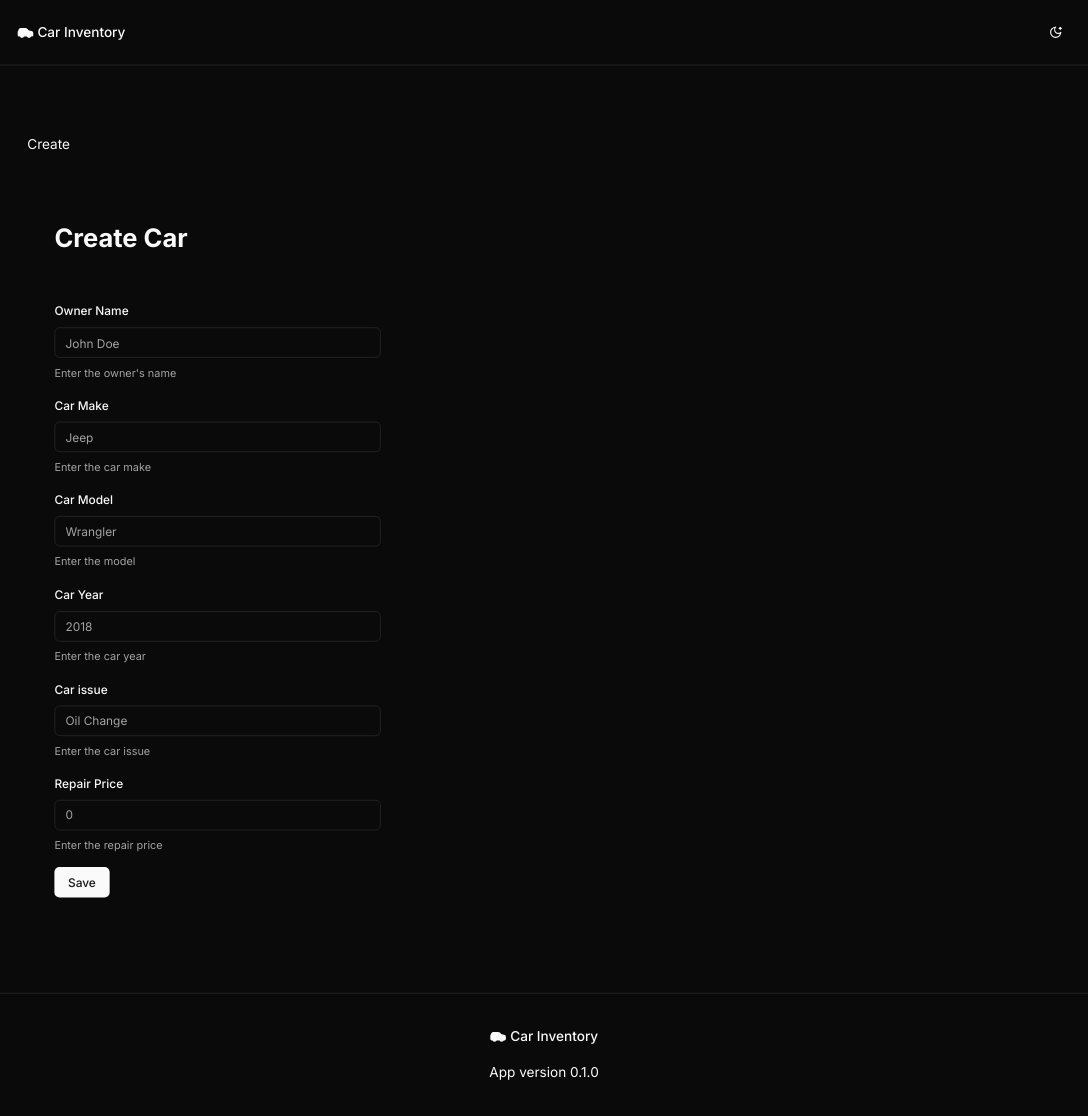
Repository: tushcmd/car-inventory
Page: /create (app in frontend/)
The author's editor kept a copy of each file at every save. The page is drawn from the files as they stood at one save, then again after the next save.
The browser window is 1280 px wide. The pictures show the whole page, at 85% of full size.
The project was rebuilt for these pictures with package versions that can differ from the ones it lists, and the page was loaded fresh each time. The framework's server and built-in components were replaced by stand-ins that run in the browser. Also part of the build but not shown: frontend/next.config.mjs.

Above is the page before, as saved 2024-05-15 03:48:47.

### frontend/app/layout.tsx
import type { Metadata } from "next";
import { Inter } from "next/font/google";
import "./globals.css";
import AppProviders from "@/components/providers/AppProviders";
import Navbar from '@/components/shared/Navbar';
import Footer from "@/components/shared/Footer";
import { Toaster } from "@/components/ui/toaster";

const inter = Inter({ subsets: ["latin"] });

export const metadata: Metadata = {
  title: "Car Garage Inventory",
  description: "Nextjs Shadcnui Nodejs Express and MongoDB CRUD",
};

export default function RootLayout({
  children,
}: Readonly<{
  children: React.ReactNode;
}>) {
  return (
    <html lang="en" suppressHydrationWarning>
      <body className={inter.className}>
        <AppProviders>
          <Navbar />
          {children}
          <Footer />
          <Toaster />
        </AppProviders>
      </body>
    </html>
  );
}

### frontend/app/create/page.tsx
import CreateCar from "@/components/create-car";


export default function Create() {
    return (
        <div className="page-container min-h-screen">
            <h2 className="pb-4">Create</h2>
            <CreateCar />
        </div>
    )
}

### frontend/components/providers/AppProviders.tsx
'use client';

import { ThemeProvider } from 'next-themes';
import { FC, ReactNode } from 'react';

interface AppProvidersProps {
  children: ReactNode;
}


const AppProviders: FC<AppProvidersProps> = ({ children }) => {
  return (
    <>
      <ThemeProvider attribute="class" disableTransitionOnChange defaultTheme="dark" enableSystem>
        {children}

      </ThemeProvider>
    </>
  );
};

export default AppProviders;

### frontend/components/shared/Navbar.tsx
import React, { FC } from 'react';
import ThemeSwitcherButton from '../ui/ThemeSwitcher';
import Logo from './Logo';

const Navbar: FC = () => {
  return (
    <nav className="border-b py-5">
      <div className="layout-container flex justify-between items-center max-w-7xl">
        <Logo />
        <ThemeSwitcherButton />
      </div>
    </nav>
  );
};

export default Navbar;

### frontend/components/shared/Footer.tsx
import React, { FC } from 'react'
import Logo from './Logo'

const Footer: FC = () => {
  return (
    <footer className='border-t'>
        <div className='layout-container flex flex-col gap-5 items-center  justify-center py-10'>
            <Logo />
            <p>App version 0.1.0</p>
        </div>

    </footer>
  )
}

export default Footer

### frontend/components/create-car.tsx
'use client';

import { zodResolver } from '@hookform/resolvers/zod';
import { useForm } from 'react-hook-form';
import { z } from 'zod';
import { Button } from '@/components/ui/button';
import {
  Form,
  FormControl,
  FormDescription,
  FormField,
  FormItem,
  FormLabel,
  FormMessage,
} from '@/components/ui/form';
import { Input } from '@/components/ui/input';
import { toast } from "./ui/use-toast"
import { useRouter } from 'next/navigation';

const carSchema = z.object({
  ownerName: z.string().min(1, 'Owner name is required'),
  make: z.string().min(1, 'Make is required'),
  model: z.string().min(1, 'Model is required'),
  carYear: z.coerce.number().int().gte(1900, 'Car year must be after a year after 1900'),
  issue: z.string().min(1, 'Issue is required'),
  repairPrice: z.coerce.number().nonnegative('Repair price must be a non-negative number'),
});

type Car = z.infer<typeof carSchema>;

export default function CreateCar () {
  const router = useRouter();
  const form = useForm<Car>({
    resolver: zodResolver(carSchema),
  });

  const onSubmit = async (data: Car) => {
    try {
      const response = await fetch('http://localhost:8080/cars', {
        method: 'POST',
        headers: {
          'Content-Type': 'application/json',
        },
        body: JSON.stringify(data),
      });

      if (response.ok) {
        toast({
          title: 'Car Created',
          description: 'Car Created successfully',
        })
        router.push('/');
      } else {
        toast({
          title: 'Error',
          description: 'Error creating car',
          variant: 'destructive',
        });
      }
    } catch (error) {
      toast({
        title: 'Error',
        description: 'Error creating car',
        variant: 'destructive',
      });
      console.log(error);
    }
  };


  return (
    <div className="container flex flex-col gap-6 mx-auto">

      <h1 className="text-3xl font-bold">Create Car</h1>
      <Form {...form}>
        <form onSubmit={form.handleSubmit(onSubmit)} className="w-full space-y-4 py-8 sm:w-[24rem]">
          <FormField
            control={form.control}
            name="ownerName"
            render={({ field }) => (
              <FormItem>
                <FormLabel>Owner Name</FormLabel>
                <FormControl>
                  <Input placeholder="John Doe" {...field} />
                </FormControl>
                <FormDescription>Enter the owner&apos;s name</FormDescription>
                <FormMessage />
              </FormItem>
            )}
          />
          <FormField
            control={form.control}
            name="make"
            render={({ field }) => (
              <FormItem>
                <FormLabel>Car Make</FormLabel>
                <FormControl>
                  <Input placeholder="Jeep" {...field} />
                </FormControl>
                <FormDescription>Enter the car make</FormDescription>
                <FormMessage />
              </FormItem>
            )}
          />
          <FormField
            control={form.control}
            name="model"
            render={({ field }) => (
              <FormItem>
                <FormLabel>Car Model</FormLabel>
                <FormControl>
                  <Input placeholder="Wrangler" {...field} />
                </FormControl>
                <FormDescription>Enter the model</FormDescription>
                <FormMessage />
              </FormItem>
            )}
          />
          <FormField
            control={form.control}
            name="carYear"
            render={({ field }) => (
              <FormItem>
                <FormLabel>Car Year</FormLabel>
                <FormControl>
                  <Input type='number' placeholder="2018" {...field} />
                </FormControl>
                <FormDescription>Enter the car year</FormDescription>
                <FormMessage />
              </FormItem>
            )}
          />
          <FormField
            control={form.control}
            name="issue"
            render={({ field }) => (
              <FormItem>
                <FormLabel>Car issue</FormLabel>
                <FormControl>
                  <Input placeholder="Oil Change" {...field} />
                </FormControl>
                <FormDescription>Enter the car issue</FormDescription>
                <FormMessage />
              </FormItem>
            )}
          />
          <FormField
            control={form.control}
            name="repairPrice"
            render={({ field }) => (
              <FormItem>
                <FormLabel>Repair Price</FormLabel>
                <FormControl>
                  <Input type='number' placeholder="0" {...field} />
                </FormControl>
                <FormDescription>Enter the repair price</FormDescription>
                <FormMessage />
              </FormItem>
            )}
          />
          {/* ... (other form fields) */}
          <Button type="submit">Save</Button>
        </form>
      </Form>
    </div>
  );
};

{/*
"use client"

import { zodResolver } from "@hookform/resolvers/zod"
import { DefaultValues, useForm } from "react-hook-form"
import { z } from "zod"

import { Button } from "@/components/ui/button"
import {
  Form,
  FormControl,
  FormDescription,
  FormField,
  FormItem,
  FormLabel,
  FormMessage,
} from "@/components/ui/form"
import { Input } from "@/components/ui/input"
import router from "next/router"
import { toast } from "./ui/use-toast"


const formSchema = z.object({
  ownerName: z.string().min(1, {
    message: 'Owner name is required'
  }),
  make: z.string().min(1, {
    message: 'Make is required'
  }),
  model: z.string().min(1, {
    message: 'Model is required'
  }),
  carYear: z.number().positive({
    message: 'Car year must be a positive number',
  }),
  issue: z.string().min(1, {
    message: 'Issue is required',
  }),
  repairPrice: z.number().nonnegative({
    message: 'Repair price must be a non-negative number',
  }),
})

export function CreateCar() {
  // 1. Define your form.
  const form = useForm<z.infer<typeof formSchema>>({
    resolver: zodResolver(formSchema),
    defaultValues: {
      ownerName: "",
      make: "",
      model: "",
      carYear: 2018,
      issue: "",
      repairPrice: 0,
    },
  })

  // 2. Define a submit handler.
  function onSubmit(values: z.infer<typeof formSchema>) {
    // Do something with the form values.
    // ✅ This will be type-safe and validated.
    const postValues = async (data: values) => {
      try {
        const response = await fetch('http://localhost:8080/cars', {
          method: 'POST',
          headers: {
            'Content-Type': 'application/json',
          },
          body: JSON.stringify(data),
        });
        if (response.ok) {
          toast({
            title: 'Car Created',
            description: 'Car Created successfully',
          })
          router.push('/');
        } else {
          toast({
            title: 'Error',
            description: 'Error creating car',
            variant: 'destructive',
          });
        }
      } catch (error) {
        toast({
          title: 'Error',
          description: 'Error creating car',
          variant: 'destructive',
        });
        console.log(error);
      }
    };
    console.log(values)
  }

  return (
    <Form {...form}>
      <form onSubmit={form.handleSubmit(onSubmit)} className="space-y-8">
        <FormField
          control={form.control}
          ownerName="Car Owner"
          render={({ field }) => (
            <FormItem>
              <FormLabel>Username</FormLabel>
              <FormControl>
                <Input placeholder="tushcmd" {...field} />
              </FormControl>
              <FormDescription>
                Public display name.
              </FormDescription>
              <FormMessage />
            </FormItem>
          )}
        />
        <Button type="submit">Submit</Button>
      </form>
    </Form>
  )
}

*/}
{/*

'use client'
import { useRouter } from 'next/navigation'
import { z } from 'zod'
import { zodResolver } from '@hookform/resolvers/zod'
import { useForm } from "react-hook-form"
import { Button } from "@/components/ui/button"
import { Form, FormControl, FormDescription, FormField, FormItem, FormLabel, FormMessage, } from "@/components/ui/form"
import { Input } from "@/components/ui/input"
import { ToastAction } from "@/components/ui/toast"
import { useToast } from "@/components/ui/use-toast"

const formSchema = z.object({
  ownerName: z.string().min(1, 'Owner name is required'),
  make: z.string().min(1, 'Make is required'),
  model: z.string().min(1, 'Model is required'),
  carYear: z.number().positive('Car year must be a positive number'),
  issue: z.string().min(1, 'Issue is required'),
  repairPrice: z.number().nonnegative('Repair price must be a non-negative number'),
})

type Car = z.infer<typeof formSchema>;

export default function CreateCar() {
  const router = useRouter()
  const { toast } = useToast()
  const { register, handleSubmit, formState: { errors } } = useForm<Car>({
    resolver: zodResolver(formSchema),
    defaultValues: {
      ownerName: "",
      make: "",
      model: "",
      carYear: 2018,
      issue: "",
      repairPrice: 0,
    },
  });

  const onSubmit = async (data: Car) => {
    try {
      const response = await fetch('http://localhost:8080/cars', {
        method: 'POST',
        headers: {
          'Content-Type': 'application/json',
        },
        body: JSON.stringify(data),
      });
      if (response.ok) {
        toast({
          title: 'Car Created',
          description: 'Car Created successfully',
        })
        router.push('/');
      } else {
        toast({
          title: 'Error',
          description: 'Error creating car',
          variant: 'destructive',
        });
      }
    } catch (error) {
      toast({
        title: 'Error',
        description: 'Error creating car',
        variant: 'destructive',
      });
      console.log(error);
    }
  };

  return (
    <div className="flex items-center py-4 flex-row justify-between">
      <Form>
        <form onSubmit={handleSubmit(onSubmit)} className="space-y-8">
          <FormField
            control={register}
            name="ownerName"
            render={({ field }) => (
              <FormItem>
                <FormLabel>Owner Name</FormLabel>
                <FormControl>
                  <Input placeholder="John Doe" {...field} />
                </FormControl>
                <FormDescription>Enter the owner's name</FormDescription>
                <FormMessage />
              </FormItem>
            )}
          />
        </form>
      </Form>
    </div>
  )
}
*/}
{/*

'use client'


import { useRouter } from 'next/navigation'
import { z } from 'zod'

import { zodResolver } from '@hookform/resolvers/zod'
import { useForm } from "react-hook-form"

import { Button } from "@/components/ui/button"
import {
    Form,
    FormControl,
    FormDescription,
    FormField,
    FormItem,
    FormLabel,
    FormMessage,
} from "@/components/ui/form"
import { Input } from "@/components/ui/input"
import { ToastAction } from "@/components/ui/toast"
import { useToast } from "@/components/ui/use-toast"


const formSchema = z.object({
    ownerName: z.string().min(1, 'Owner name is required'),
    make: z.string().min(1, 'Make is required'),
    model: z.string().min(1, 'Model is required'),
    carYear: z.number().positive('Car year must be a positive number'),
    issue: z.string().min(1, 'Issue is required'),
    repairPrice: z.number().nonnegative('Repair price must be a non-negative number'),
})

//type Car = z.infer<typeof formSchema>;


export default function CreateCar() {
    //1. Define your form.
    const form = useForm<z.infer<typeof formSchema>>({
        resolver: zodResolver(formSchema),
        defaultValues: {
            ownerName: "",
            make: "",
            model: "",
            carYear: 2018,
            issue: "",
            repairPrice: 0,
        },
    },

    // 2. Define a submit handler.
    //function onSubmit(values: z.infer<typeof formSchema>) {
    //    // Do something with the form values.
    //    // ✅ This will be type-safe and validated.
    //    console.log(values)
    //}

    const router = useRouter()
    const { toast } = useToast()
    const { register, handleSubmit, formState: { errors } } = useForm<form>({
        resolver: zodResolver(formSchema),
    });
    const onSubmit = async (data: form) => {
        try {
            const response = await fetch('http://localhost:8080/cars', {
                method: 'POST',
                headers: {
                    'Content-Type': 'application/json',
                },
                body: JSON.stringify(data),
            });

            if (response.ok) {
                toast({
                    title: 'Car Created',
                    description: 'Car Created successfully',
                })
                router.push('/');
            } else {
                toast({
                    title: 'Error',
                    description: 'Error creating car',
                    variant: 'destructive',
                });
            }
        } catch (error) {
            toast({
                title: 'Error',
                description: 'Error creating car',
                variant: 'destructive',
            });
            console.log(error);
        }
    };
    return (

        <div className="flex items-center py-4 flex-row justify-between">
            <Form {...form}>
                <form onSubmit={form.handleSubmit(onSubmit)} className="space-y-8">
                    <FormField
                        control={form.control}
                        name="ownerName"
                        render={({ field }) => (
                            <FormItem>
                                <FormLabel>Owner Name</FormLabel>
                                <FormControl>
                                    <Input placeholder="John Doe" {...field} />
                                </FormControl>
                                <FormDescription>Enter the owner's name</FormDescription>
                                <FormMessage />
                            </FormItem>
                        )}
                    />
                </form>
            </Form>
        </div>
    )
}


'use client';

import { ArrowLeft } from 'lucide-react';
import { Button } from '@/components/ui/button';
import { useForm } from 'react-hook-form';
import { zodResolver } from '@hookform/resolvers/zod';
import { Toaster, Toast } from '@/components/ui/toaster';
import { useRouter } from 'next/navigation';
import { z } from 'zod';
import Create from '../../.history/frontend/app/create/page_20240512025654';

const carSchema = z.object({
  ownerName: z.string().min(1, 'Owner name is required'),
  make: z.string().min(1, 'Make is required'),
  model: z.string().min(1, 'Model is required'),
  carYear: z.number().positive('Car year must be a positive number'),
  issue: z.string().min(1, 'Issue is required'),
  repairPrice: z.number().nonnegative('Repair price must be a non-negative number'),
});

type Car = z.infer<typeof carSchema>;

const CreateCar = () => {
  const router = useRouter();
  const { register, handleSubmit, formState: { errors } } = useForm<Car>({
    resolver: zodResolver(carSchema),
  });

  const onSubmit = async (data: Car) => {
    try {
      const response = await fetch('http://localhost:8080/cars', {
        method: 'POST',
        headers: {
          'Content-Type': 'application/json',
        },
        body: JSON.stringify(data),
      });

      if (response.ok) {
        Toast({
          title: 'Car Created',
          description: 'Car Created successfully',
          variant: 'success',
        });
        router.push('/');
      } else {
        Toast({
          title: 'Error',
          description: 'Error creating car',
          variant: 'destructive',
        });
      }
    } catch (error) {
      Toast({
        title: 'Error',
        description: 'Error creating car',
        variant: 'destructive',
      });
      console.log(error);
    }
  };

  return (
    <div className="container flex flex-col gap-6 mx-auto">
      <Toaster />
      <Button variant="ghost" onClick={() => router.back()}>
        <ArrowLeft className="mr-2 h-4 w-4" />
        Go Back
      </Button>
      <h1 className="text-3xl font-bold">Create Car</h1>
      <form onSubmit={handleSubmit(onSubmit)} className="grid gap-4">
        <div className="grid grid-cols-4 items-center gap-4">
          <label htmlFor="ownerName" className="text-right">Owner Name</label>
          <input
            id="ownerName"
            type="text"
            {...register('ownerName')}
            className={`col-span-3 border border-gray-300 rounded-md px-4 py-2 ${errors.ownerName ? 'border-red-500' : ''}`}
          />
          {errors.ownerName && <span className="col-span-4 text-red-500">{errors.ownerName.message}</span>}
        </div>
        //... (other input fields)
        <Button type="submit">Save</Button>
      </form>
    </div>
  );
};

export default CreateCar;

*/}

### frontend/components/shared/Logo.tsx

import { Car } from "lucide-react";
import Link from "next/link";
import React, { FC } from "react";

const Logo: FC = () => {
	return (
		<Link href='/' className="flex items-center gap-1 component-focus rounded-md">
			<Car   className="w-5 h-5 fill-current" />
			<h1 className="inline-flex flex-col gap-0 leading-none font-medium">
				<p>Car Inventory</p>
			</h1>
		</Link>
	);
};

export default Logo;

### frontend/components/ui/label.tsx
"use client"

import * as React from "react"
import * as LabelPrimitive from "@radix-ui/react-label"
import { cva, type VariantProps } from "class-variance-authority"

import { cn } from "@/lib/utils"

const labelVariants = cva(
  "text-sm font-medium leading-none peer-disabled:cursor-not-allowed peer-disabled:opacity-70"
)

const Label = React.forwardRef<
  React.ElementRef<typeof LabelPrimitive.Root>,
  React.ComponentPropsWithoutRef<typeof LabelPrimitive.Root> &
    VariantProps<typeof labelVariants>
>(({ className, ...props }, ref) => (
  <LabelPrimitive.Root
    ref={ref}
    className={cn(labelVariants(), className)}
    {...props}
  />
))
Label.displayName = LabelPrimitive.Root.displayName

export { Label }

Loaded but not shown: frontend/components/ui/use-toast.ts (common file); frontend/lib/utils.ts (common file); frontend/tailwind.config.ts (common file); frontend/components/ui/dropdown-menu.tsx (205 lines, source omitted); frontend/components/ui/toast.tsx (129 lines, source omitted); frontend/components/ui/form.tsx (176 lines, source omitted); frontend/components/ui/button.tsx (57 lines, source omitted); frontend/app/globals.css (103 lines, source omitted); frontend/components/ui/ThemeSwitcher.tsx (56 lines, source omitted); frontend/components/ui/input.tsx (25 lines, source omitted); frontend/components/ui/toaster.tsx (35 lines, source omitted)

After the next save:
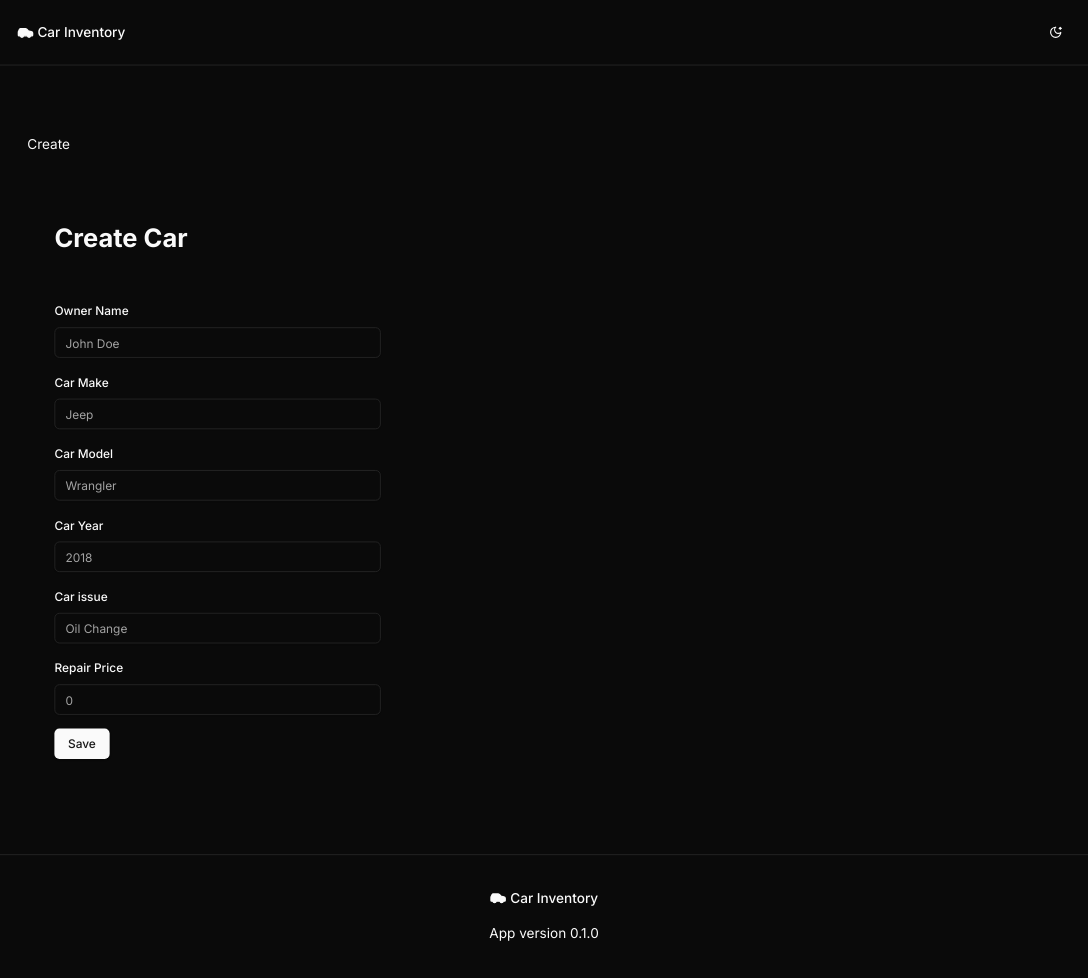
Saved 3 min 30 s later.
--- a/frontend/components/create-car.tsx
+++ b/frontend/components/create-car.tsx
@@ -83,7 +83,7 @@ export default function CreateCar () {
                 <FormControl>
                   <Input placeholder="John Doe" {...field} />
                 </FormControl>
-                <FormDescription>Enter the owner&apos;s name</FormDescription>
+                {/*<FormDescription>Enter the owner&apos;s name</FormDescription>*/}
                 <FormMessage />
               </FormItem>
             )}
@@ -97,7 +97,7 @@ export default function CreateCar () {
                 <FormControl>
                   <Input placeholder="Jeep" {...field} />
                 </FormControl>
-                <FormDescription>Enter the car make</FormDescription>
+                {/*<FormDescription>Enter the car make</FormDescription>*/}
                 <FormMessage />
               </FormItem>
             )}
@@ -111,7 +111,7 @@ export default function CreateCar () {
                 <FormControl>
                   <Input placeholder="Wrangler" {...field} />
                 </FormControl>
-                <FormDescription>Enter the model</FormDescription>
+                {/*<FormDescription>Enter the model</FormDescription>*/}
                 <FormMessage />
               </FormItem>
             )}
@@ -125,7 +125,7 @@ export default function CreateCar () {
                 <FormControl>
                   <Input type='number' placeholder="2018" {...field} />
                 </FormControl>
-                <FormDescription>Enter the car year</FormDescription>
+                {/*<FormDescription>Enter the car year</FormDescription>*/}
                 <FormMessage />
               </FormItem>
             )}
@@ -139,7 +139,7 @@ export default function CreateCar () {
                 <FormControl>
                   <Input placeholder="Oil Change" {...field} />
                 </FormControl>
-                <FormDescription>Enter the car issue</FormDescription>
+                {/*<FormDescription>Enter the car issue</FormDescription>*/}
                 <FormMessage />
               </FormItem>
             )}
@@ -153,7 +153,7 @@ export default function CreateCar () {
                 <FormControl>
                   <Input type='number' placeholder="0" {...field} />
                 </FormControl>
-                <FormDescription>Enter the repair price</FormDescription>
+                {/*<FormDescription>Enter the repair price</FormDescription>*/}
                 <FormMessage />
               </FormItem>
             )}
